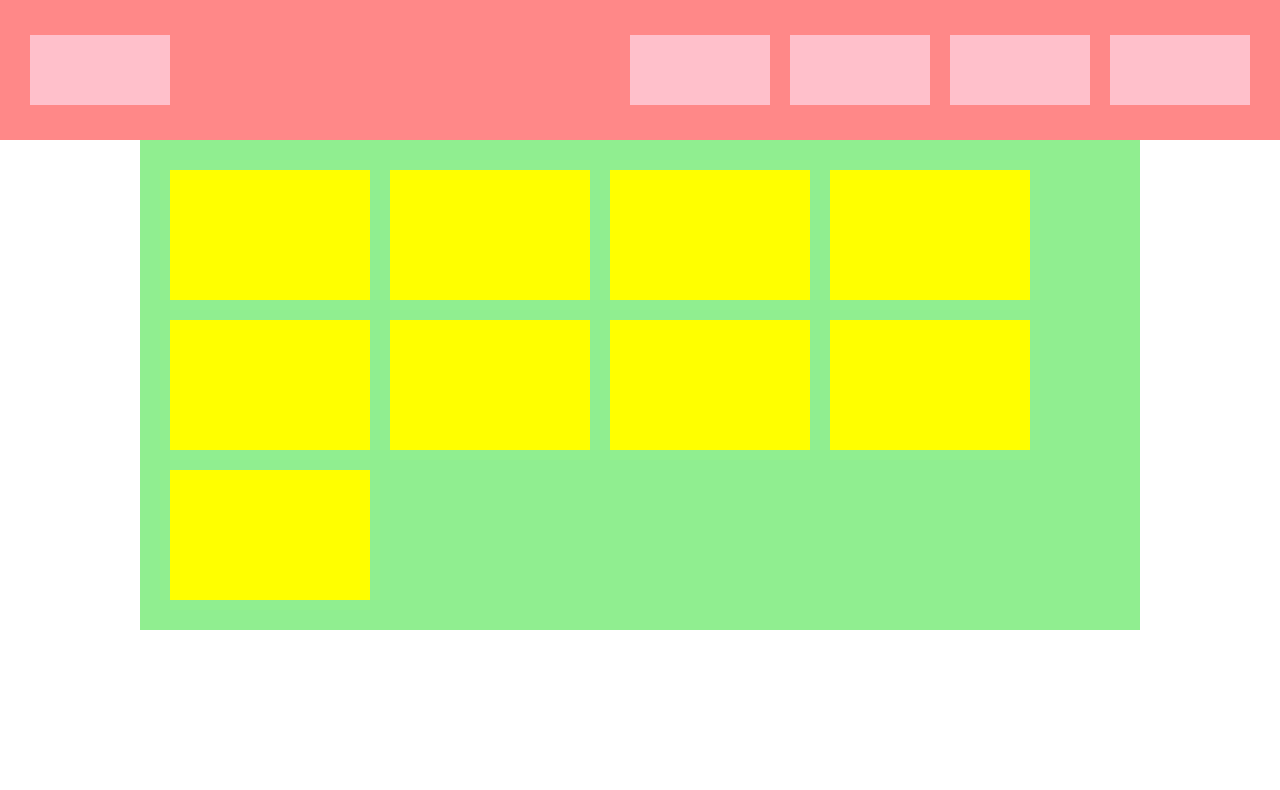
Repository: ryo32sun/Html-Practice
Page: practice/flex-box.html
The author's editor kept a record of every edit. The page is drawn from the files as they stood at one moment, then again after the next edit.
The browser window is 1280 px wide. The pictures show the whole page.

Above is the page before.

After the next edit:
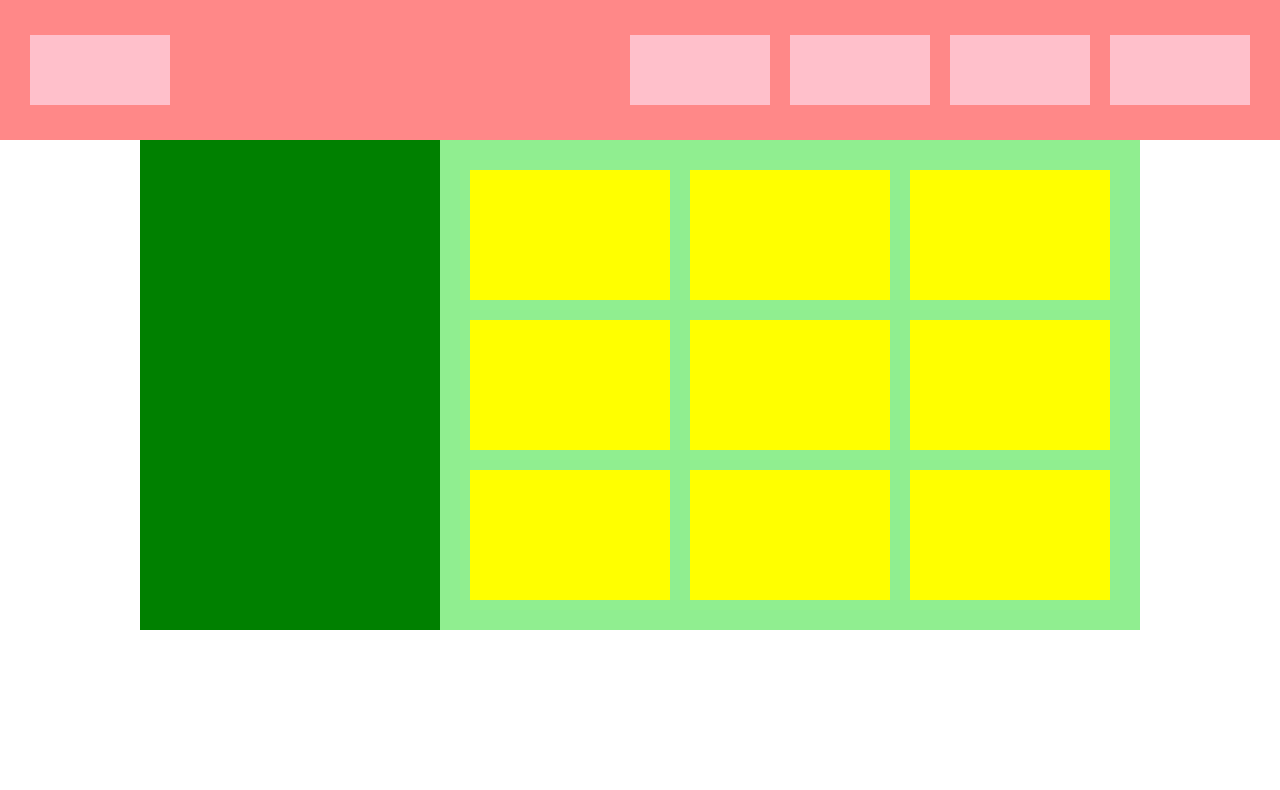
The edit:
--- a/practice/flex-box.html
+++ b/practice/flex-box.html
@@ -17,6 +17,7 @@
     </header>
 
     <main>
+      <div class="main-left"></div>
       <div class="main">
 
         <div class="main-box"></div>
